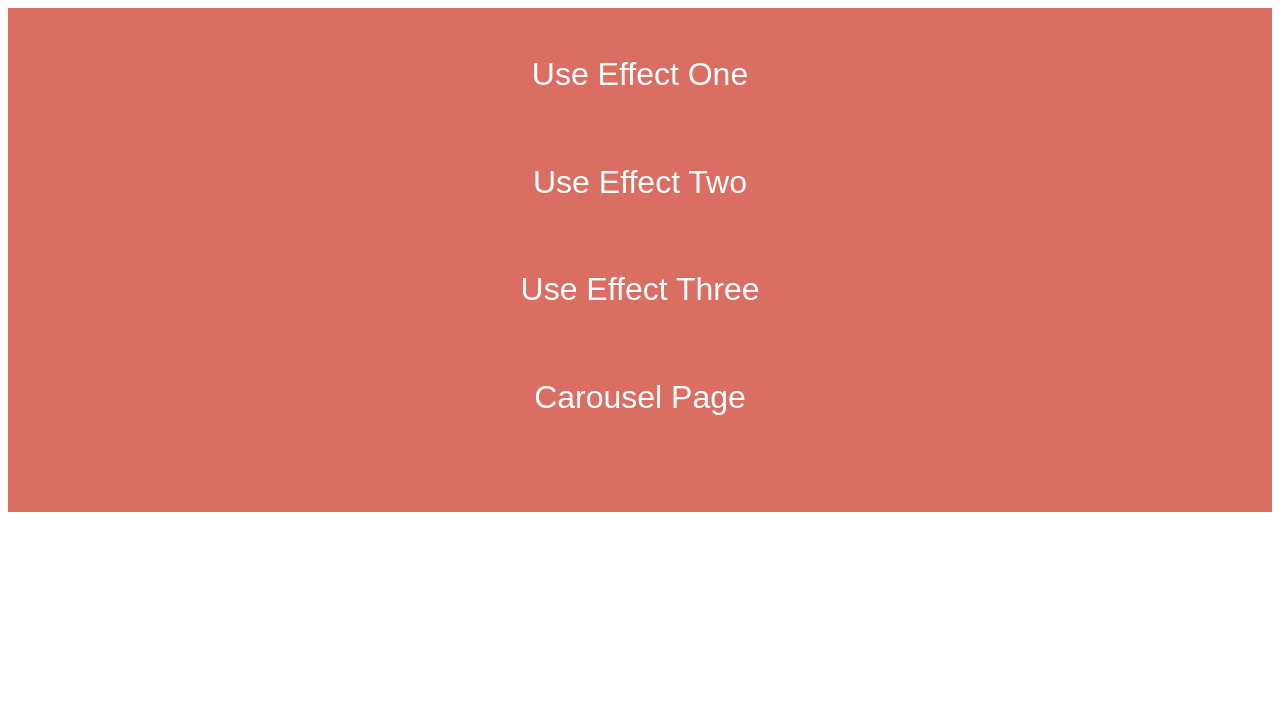
Repository: RonanKhalilOlaes/Class08
Page: /
These files come from the project's save history. The page is drawn as it stood at one moment and after the next save; the edit follows.
The browser window is 1280 px wide. The pictures show the whole page.
The project was rebuilt for these pictures with package versions that can differ from the ones it lists, and the page was loaded fresh each time. The framework's server and built-in components were replaced by stand-ins that run in the browser. Also part of the build but not shown: next.config.js.

Above is the page before, as saved 2023-02-20 22:27:11.

After the next save:
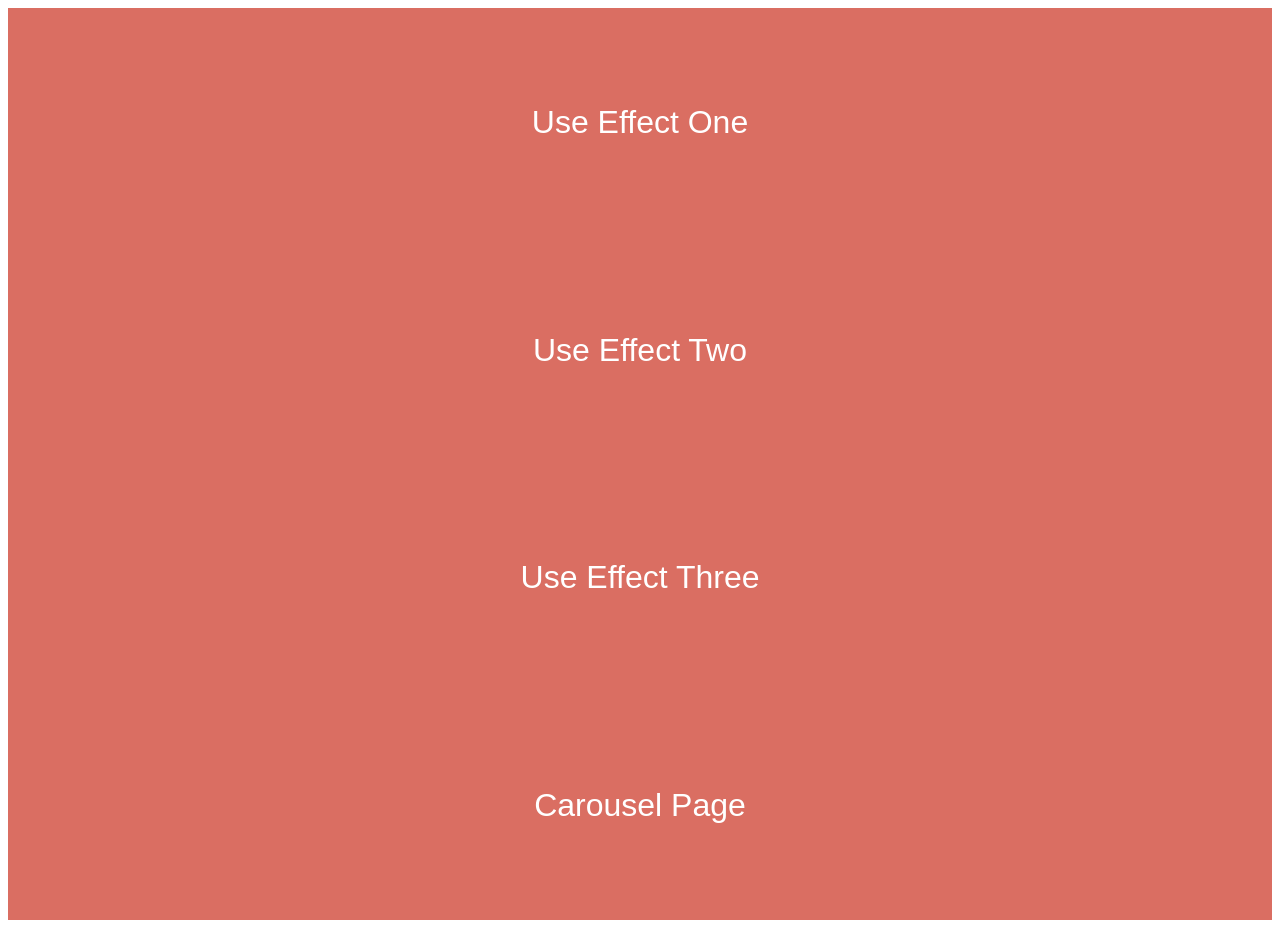
Saved 22 s later.
--- a/styles/Home.module.css
+++ b/styles/Home.module.css
@@ -4,8 +4,7 @@
   justify-content: space-between;
   align-items: center;
   padding: 6rem;
-  padding-top: 3rem;
-  min-height: 50vh;
+  min-height: 100vh;
 
   background-color: rgb(218, 110, 98);
 }
